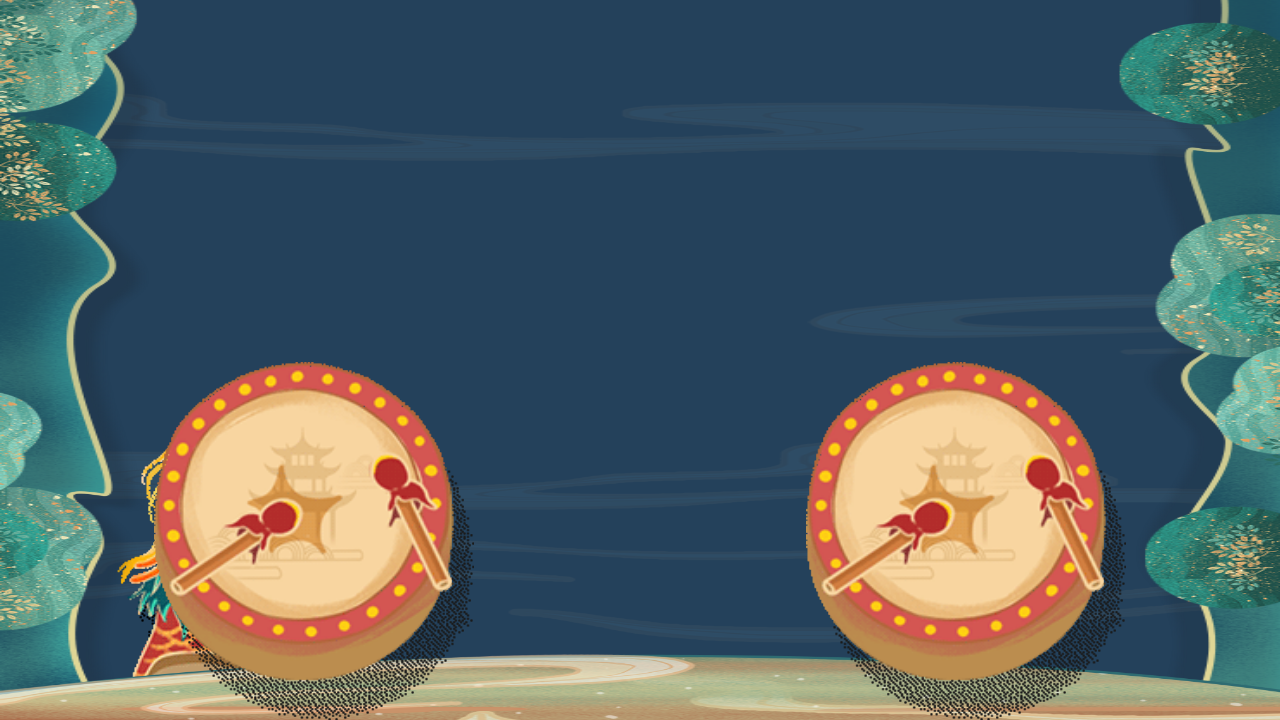
Repository: liushiwei151/hhl_dragon_boat_festival
Page: /Game
The author's editor kept a copy of each file at every save. The page is drawn from the files as they stood at one save, then again after the next save.
The browser window is 1280 px wide. The pictures show the whole page.
An inner scrolling area shows only its first screen. The project was rebuilt for these pictures with package versions that can differ from the ones it lists, and the page was loaded fresh each time. Also part of the build but not shown: vue.config.js, src/views/Home.vue.

Above is the page before, as saved 2020-06-05 17:31:18.

After the next save:
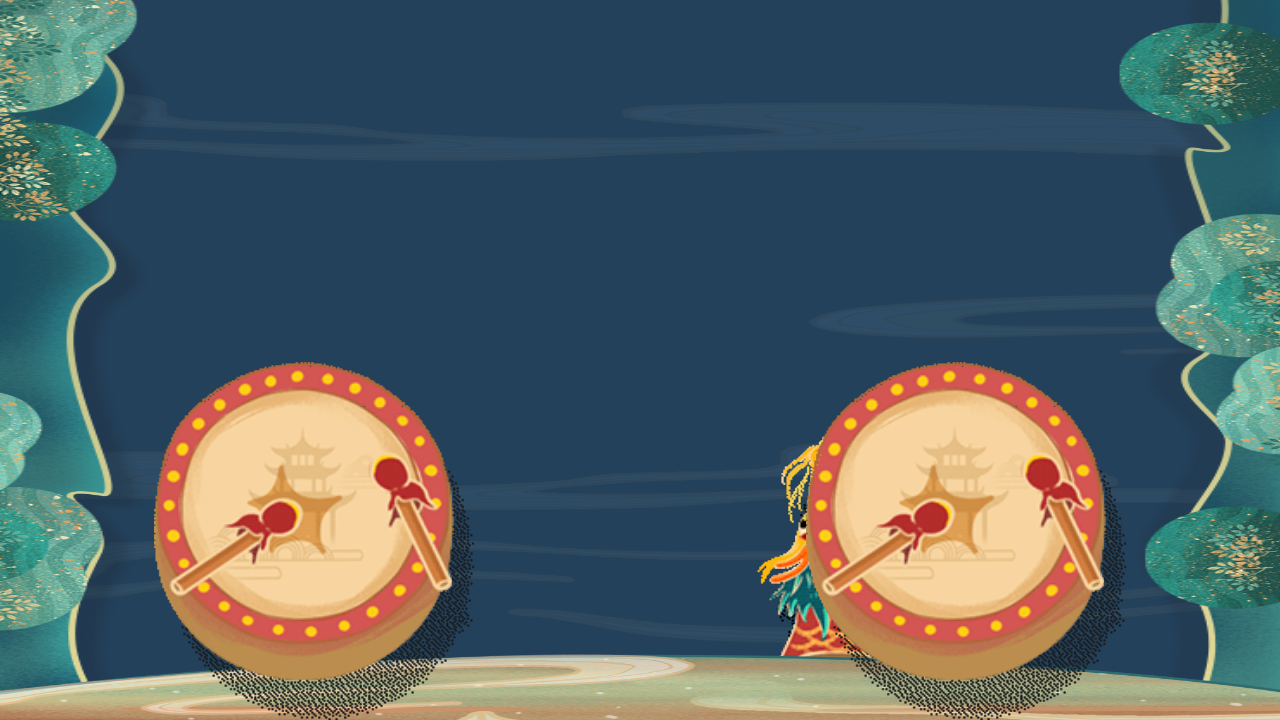
Saved 41 s later.
--- a/src/views/Game.vue
+++ b/src/views/Game.vue
@@ -27,7 +27,7 @@
         ></div>
       </div>
     </div>
-    <div class="longzhouBox">
+    <div class="longzhouBox" :style="{ left: longPosition + 'px' }">
       <div class="longzhou"></div>
     </div>
   </div>
